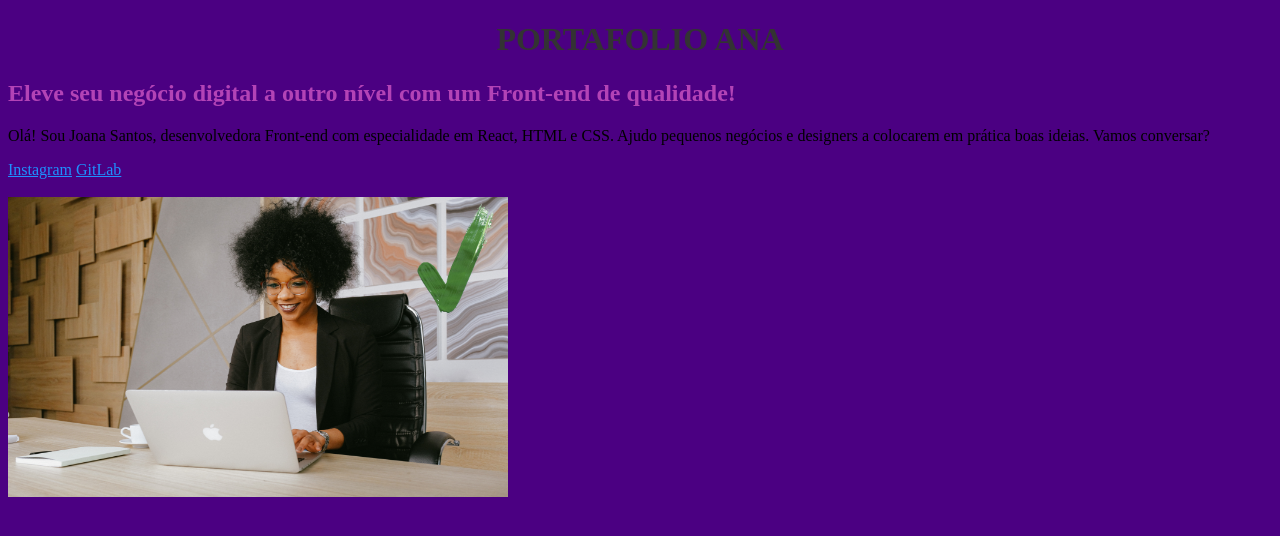
Repository: AnaFzCz/PROYECTOS-HTML---CSS2
Page: Portafolio/index.html
These files come from the project's save history. The page is drawn as it stood at one moment and after the next save; the edit follows.
The browser window is 1280 px wide. The pictures show the whole page.

Above is the page before, as saved 2025-01-22 12:56:17.

After the next save:
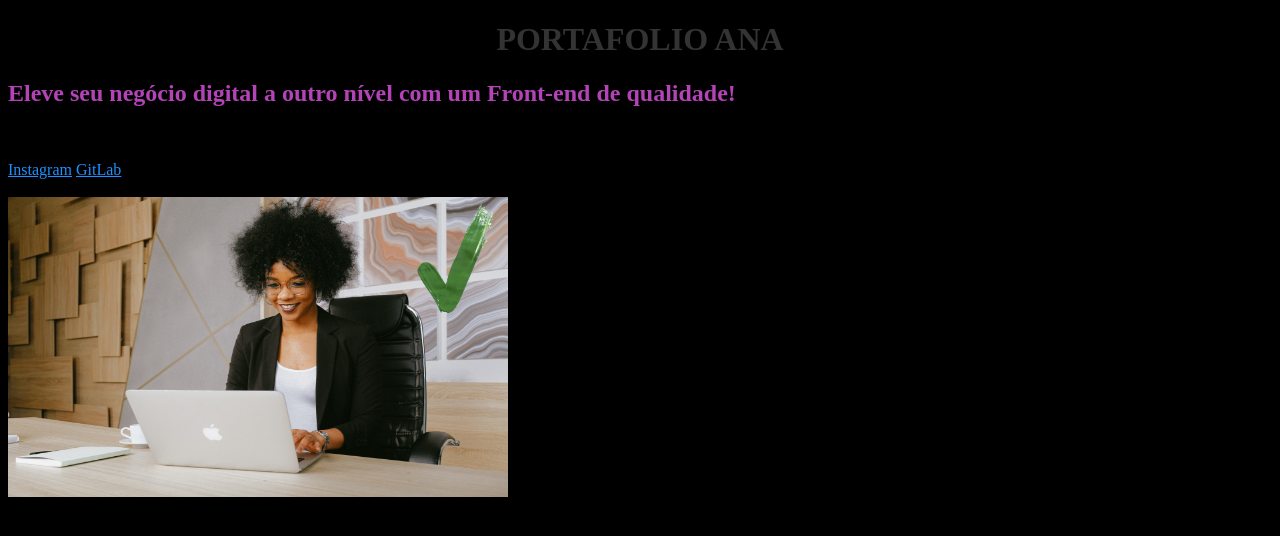
Saved 44 s later.
--- a/Portafolio/style.css
+++ b/Portafolio/style.css
@@ -1,5 +1,5 @@
 body{
-   background-color: indigo;
+   background-color: black;
    color:f6f6f6;
 
 }
